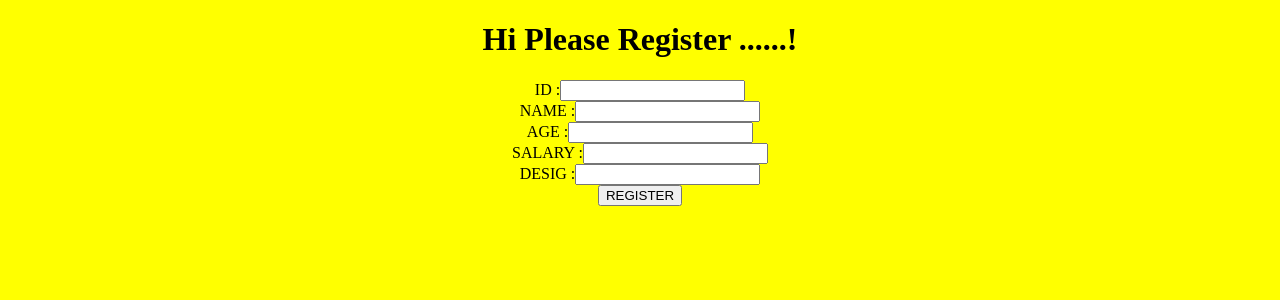
Repository: Thaneshwara848/E-Y
Page: Jdbc-Servlet-Jsp/Webemo5/src/main/webapp/Register.html
The author's editor kept a copy of each file at every save. The page is drawn from the files as they stood at one save, then again after the next save.
The browser window is 1280 px wide. The pictures show the whole page.

Above is the page before, as saved 2023-05-22 04:40:40.

### Jdbc-Servlet-Jsp/Webemo5/src/main/webapp/Register.html
<!DOCTYPE html>
<html>
<head>
<meta charset="UTF-8">
<title>Insert title here</title>
</head>
<body bgcolor="yellow">
<div style="text-align: center;">
	<h1> Hi Please Register ......!</h1>
	<form action="">

		ID 	:<input type="text"  name="uid"><br>
		NAME :<input type="text"  name="uname"><br>
		AGE   :<input type="text"  name="uage"><br>
		SALARY :<input type="text"  name="usalary"><br>
		DESIG  :<input type="text"  name="udesig"><br>

		<input type="submit" value="REGISTER"><br>


	</form>
</div>

</body>
</html>

After the next save:
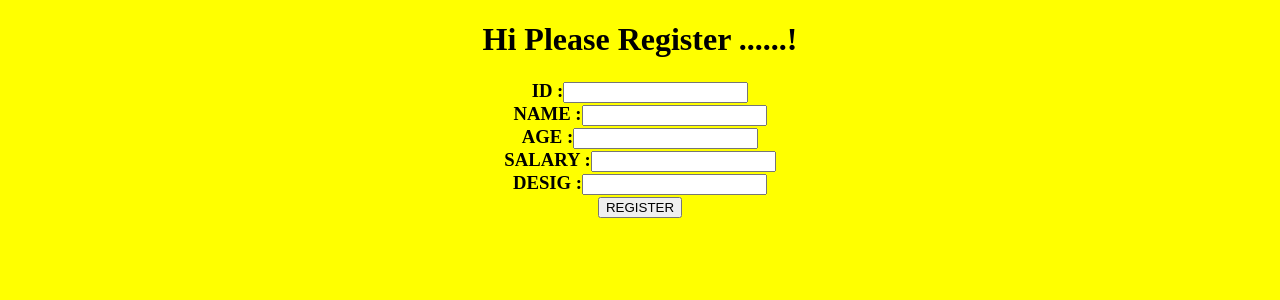
Saved 12 s later.
--- a/Jdbc-Servlet-Jsp/Webemo5/src/main/webapp/Register.html
+++ b/Jdbc-Servlet-Jsp/Webemo5/src/main/webapp/Register.html
@@ -9,7 +9,8 @@
 	<h1> Hi Please Register ......!</h1>
 	<form action="">
 
-		ID 	:<input type="text"  name="uid"><br>
+		<h3>
+			ID 	:<input type="text"  name="uid"><br>
 		NAME :<input type="text"  name="uname"><br>
 		AGE   :<input type="text"  name="uage"><br>
 		SALARY :<input type="text"  name="usalary"><br>
@@ -18,6 +19,8 @@
 		<input type="submit" value="REGISTER"><br>
 
 
+		</h3>
+
 	</form>
 </div>
 
